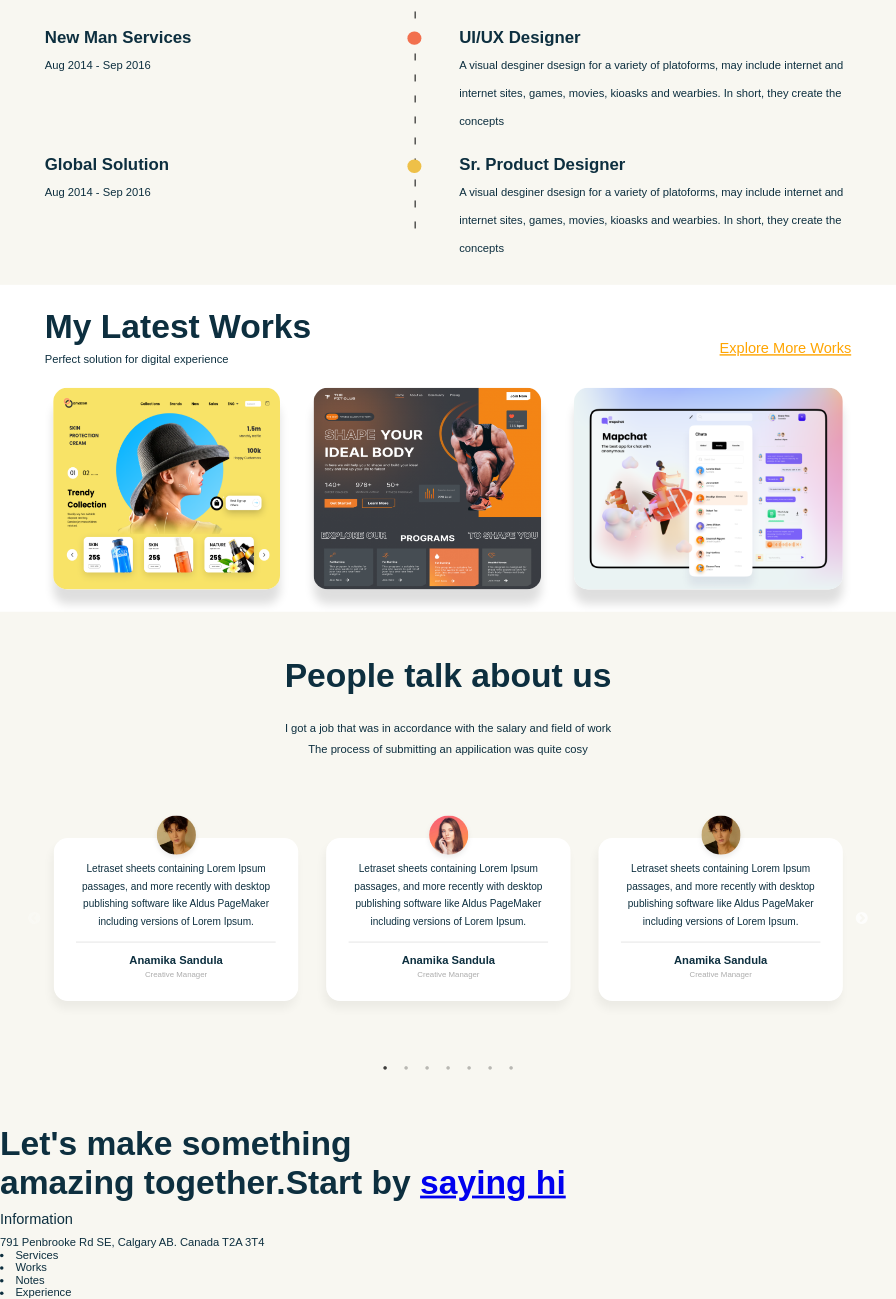
Repository: davedeguia/framer-motion-portfolio
Page: /
These files come from the project's save history. The page is drawn as it stood at one moment and after the next save; the edit follows.
The browser window is 1280 px wide. The pictures show the part of the page from y = 1480 to 3400 px (the page is 3336 px tall before and 3400 px after), at 70% of full size.
Some web fonts or font styles are not loaded; a fallback is used. Some web libraries are served in a nearby version. The project was rebuilt for these pictures with package versions that can differ from the ones it lists, and the page was loaded fresh each time. Also part of the build but not shown: vite.config.js, src/components/Footer/Footer.module.scss.

Above is the page before, as saved 2023-02-11 07:29:14.

After the next save:
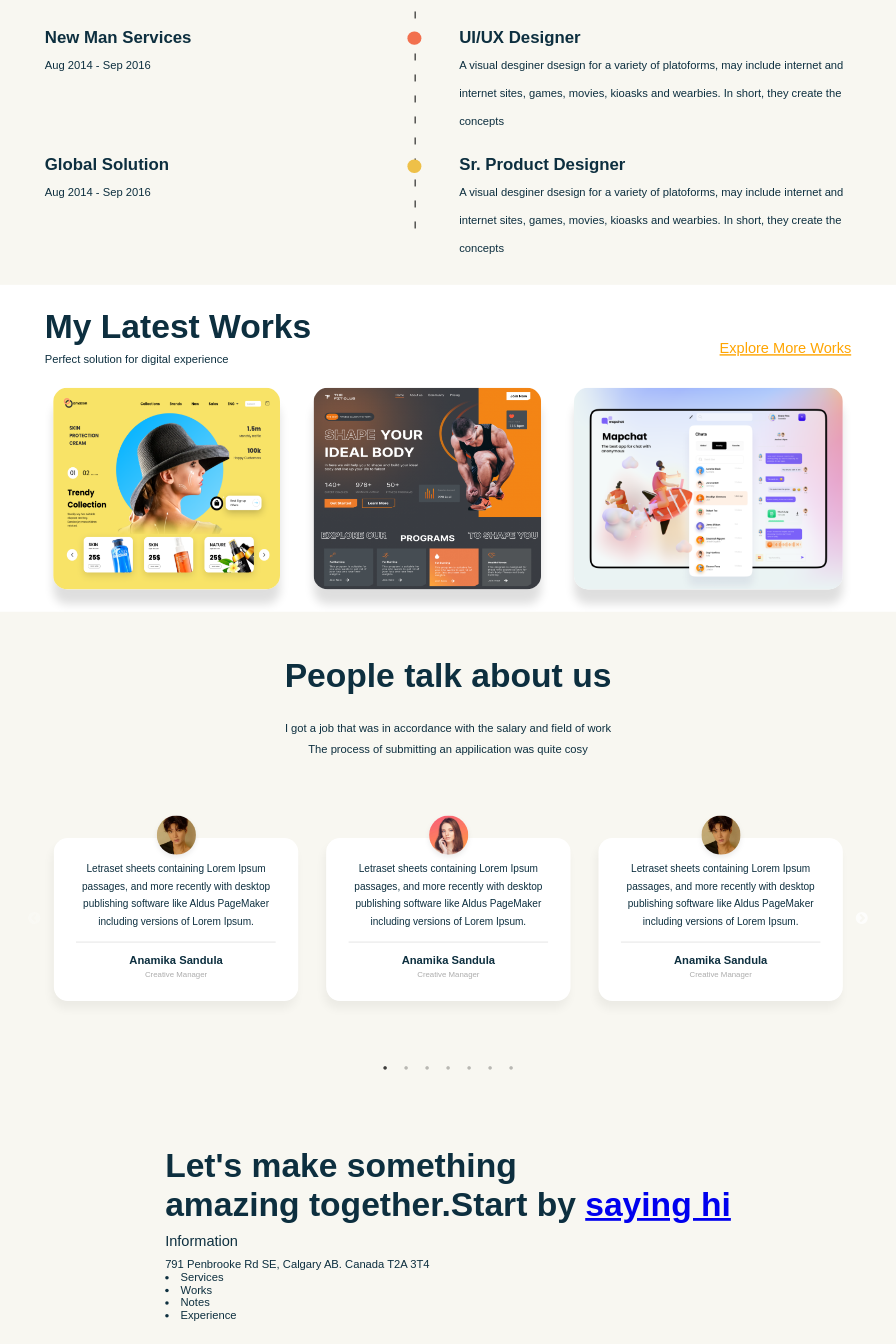
Saved 81 s later.
--- a/src/components/Footer/Footer.jsx
+++ b/src/components/Footer/Footer.jsx
@@ -10,7 +10,7 @@ const Footer = () => {
       initial='hidden'
       whileInView='show'
       viewport={{ once: false, amount: 0.25 }}
-      className={css.wrapper}
+      className={`innerWidth yPaddings flexCenter ${css.wrapper}`}
     >
       <div className={css.container}>
         <div className={css.left}>
